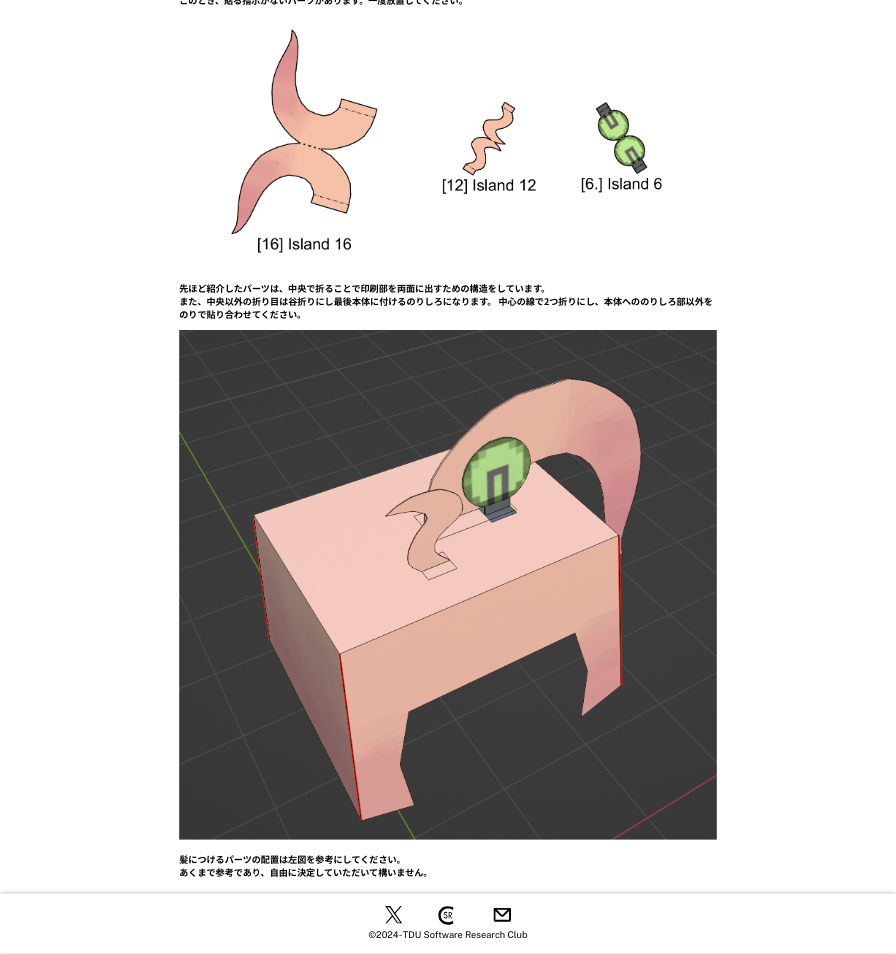
Repository: tdu-src/3D2024_asahisai
Page: html/Memori.html
These files come from the project's save history. The page is drawn as it stood at one moment and after the next save; the edit follows.
The browser window is 1280 px wide. The pictures show the part of the page from y = 3348 to 5268 px (the page is 4711 px tall before and 5268 px after), at 70% of full size.
Some web fonts or font styles are not loaded; a fallback is used.

Above is the page before, as saved 2024-10-30 22:36:20.

After the next save:
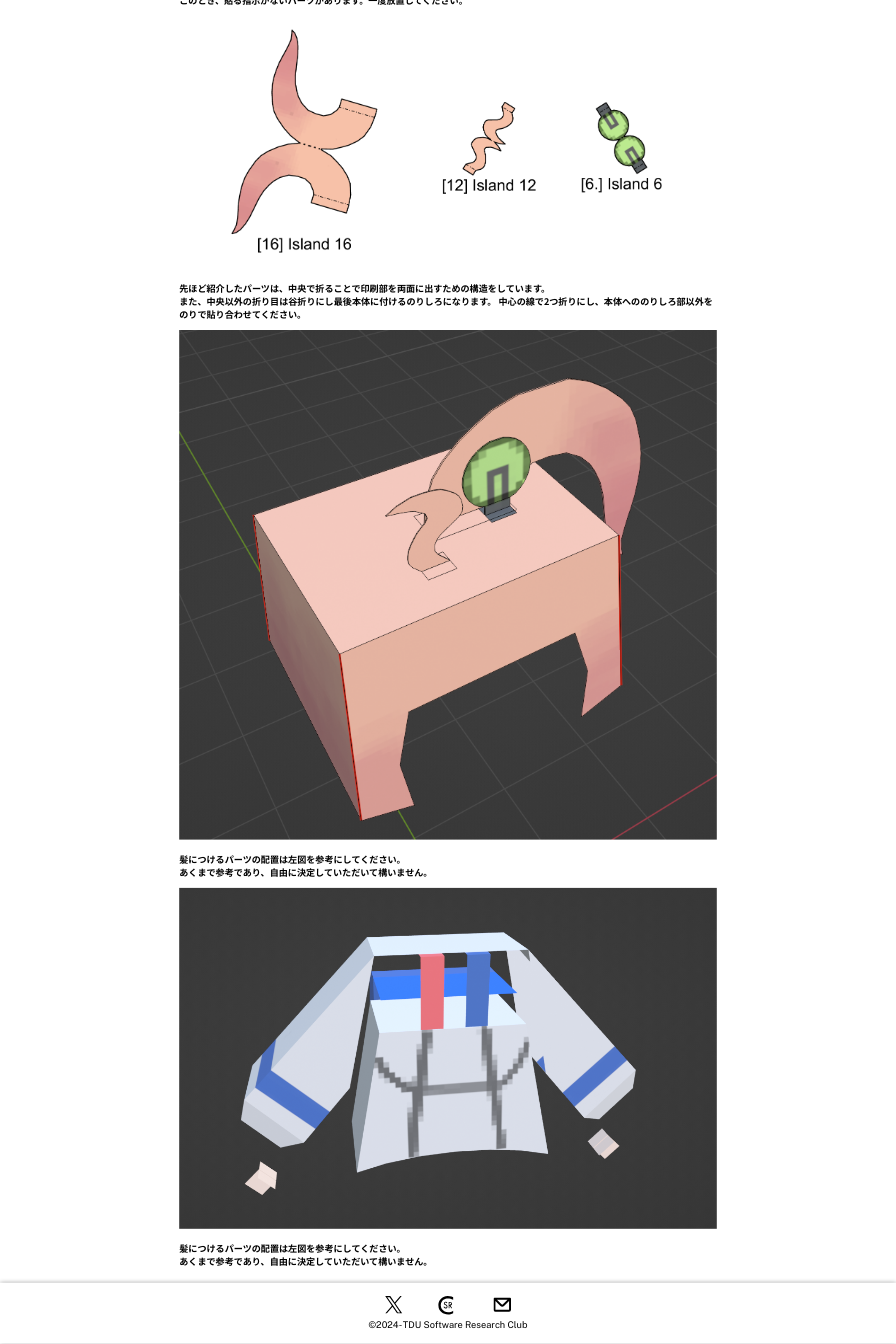
Saved 8 s later.
--- a/html/Memori.html
+++ b/html/Memori.html
@@ -196,6 +196,19 @@
                         </div>
                     </div>
                 </div>
+                <div class="explain-content">
+                    <div>
+                        <img src="../images/description/Memori/4.png" alt="紀井めもりの顔の変更" class="big-width">
+                    </div>
+                    <div>
+                        <div class="explain-content-sentence">
+                            <h3 class="paragraph-content">
+                                髪につけるパーツの配置は左図を参考にしてください。<br>
+                                あくまで参考であり、自由に決定していただいて構いません。
+                            </h3>
+                        </div>
+                    </div>
+                </div>
             </section>
         </main>
         <footer>
